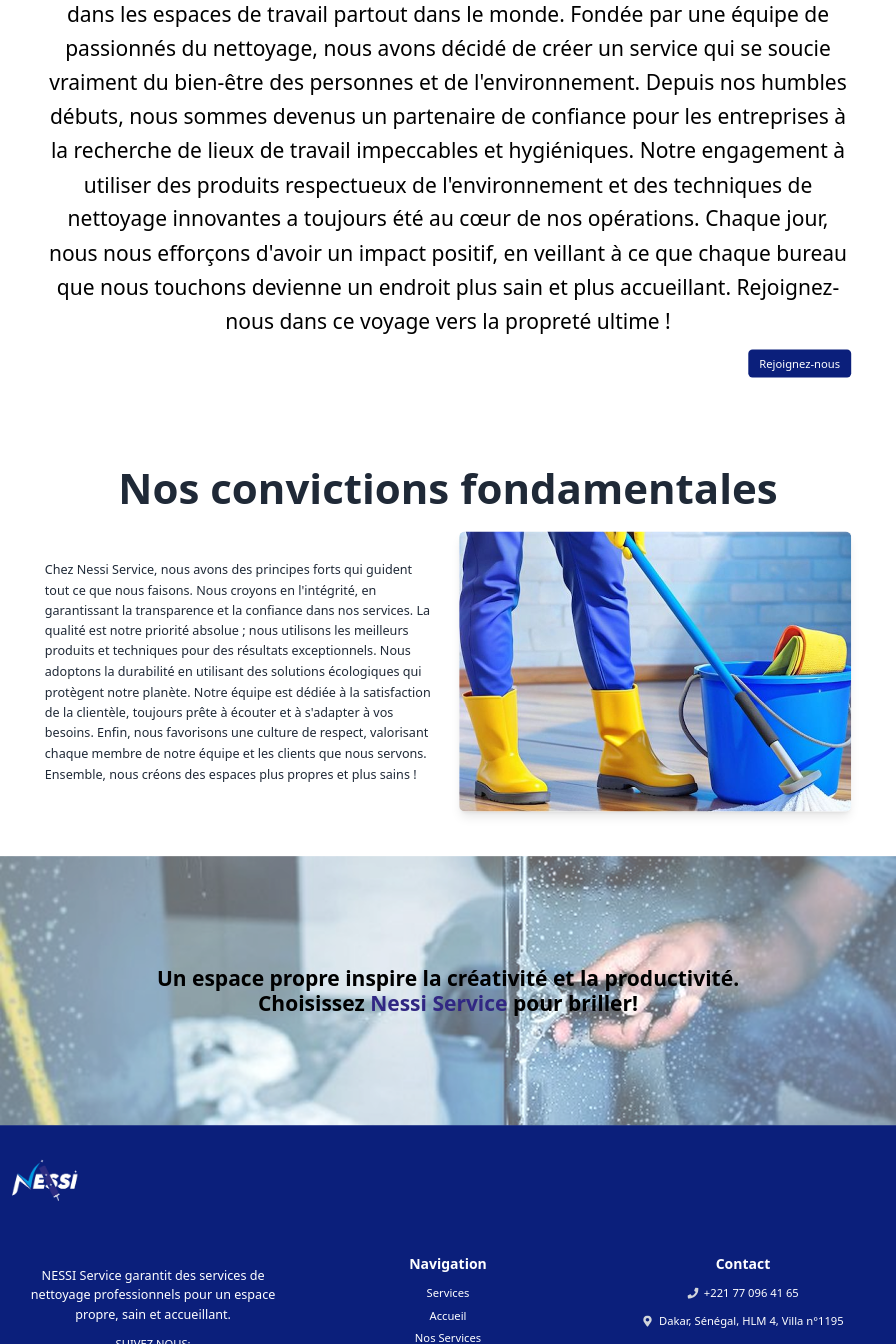
Repository: MDiouf9/Nessi
Page: /About
The author's editor kept a copy of each file at every save. The page is drawn from the files as they stood at one save, then again after a run of saves.
The browser window is 1280 px wide. The pictures show the part of the page from y = 1606 to 3526 px (the page is 3669 px tall), at 70% of full size.
The project was rebuilt for these pictures with package versions that can differ from the ones it lists, and the page was loaded fresh each time. Also part of the build but not shown: vite.config.js, src/Global.css, src/App.css, src/Pages/Home.jsx, src/Pages/NotFound.jsx, src/components/Countries.jsx, src/Pages/Services.jsx, src/Pages/Contact.jsx.

Above is the page before, as saved 2025-03-10 18:52:17.

### src/main.jsx
import { StrictMode } from 'react'
import { createRoot } from 'react-dom/client'
import './index.css'
import './Global.css'
import App from './App.jsx'

createRoot(document.getElementById('root')).render(
  <StrictMode>
    <App />
  </StrictMode>,
)

### src/index.css
@tailwind base;
@tailwind components;
@tailwind utilities;
























/* :root {
  font-family: Inter, system-ui, Avenir, Helvetica, Arial, sans-serif;
  line-height: 1.5;
  font-weight: 400;

  color-scheme: light dark;
  color: rgba(255, 255, 255, 0.87);
  background-color: #242424;

  font-synthesis: none;
  text-rendering: optimizeLegibility;
  -webkit-font-smoothing: antialiased;
  -moz-osx-font-smoothing: grayscale;
}

a {
  font-weight: 500;
  color: #646cff;
  text-decoration: inherit;
}
a:hover {
  color: #535bf2;
}

body {
  margin: 0;
  display: flex;
  place-items: center;
  min-width: 320px;
  min-height: 100vh;
}

h1 {
  font-size: 3.2em;
  line-height: 1.1;
}

button {
  border-radius: 8px;
  border: 1px solid transparent;
  padding: 0.6em 1.2em;
  font-size: 1em;
  font-weight: 500;
  font-family: inherit;
  background-color: #1a1a1a;
  cursor: pointer;
  transition: border-color 0.25s;
}
button:hover {
  border-color: #646cff;
}
button:focus,
button:focus-visible {
  outline: 4px auto -webkit-focus-ring-color;
}

@media (prefers-color-scheme: light) {
  :root {
    color: #213547;
    background-color: #ffffff;
  }
  a:hover {
    color: #747bff;
  }
  button {
    background-color: #f9f9f9;
  }
} */

### src/App.jsx

import { BrowserRouter , Routes, Route  } from "react-router-dom"
// import reactLogo from './assets/react.svg'
// import viteLogo from '/vite.svg'
import './App.css'
import Home from './Pages/Home'
import NotFound from './Pages/NotFound'
import About from './Pages/About'
import Countries from './components/Countries'
import Services from './Pages/Services'
import Contact from './Pages/Contact'


function App() {

  return (
    <>
     <BrowserRouter>
      <Routes>
        <Route path="/"  element={<Home />} />
        <Route path='/About' element={<About/>} />
        <Route path='/Services' element={<Services/>} />
        <Route path='/Contact' element={<Contact/>} />
        <Route path='/Countries' element={<Countries/>} />
        <Route path='*' element={<NotFound/>} />
      </Routes>
    </BrowserRouter>

    </>
  )
}

export default App

### src/Pages/About.jsx

import Header from '../components/Header'
import SectionWithImage from '../components/Sectionlesft'
import regulier from "../assets/fememenage.png";
import propre from "../assets/mrpropre.png";
import SectionWithTitle from '../components/SectionTitle';
import OurJourneySection from '../components/SectionTexte';
import laveur from "../assets/laveur vitre.png";
import Footer from '../components/Footer';


const About = () => {
  return (
    <div>

        <Header/>
        <section className="bg-[#312783] text-white py-16 flex justify-center items-center">
      <h1 className="text-4xl md:text-6xl font-bold">PURE EXCELLENCE</h1>
    </section>
    {/* section 2 */}
    <section className=" text-white py-16 flex justify-center items-center">
      <h1 className="text-4xl md:text-6xl font-bold"> <section className=" text-black py-16 flex justify-center items-center">
      <h1 className="text-4xl md:text-6xl font-bold text-center">Engagé pour votre espace <br /> propre !</h1>
    </section></h1>
    </section>

        <SectionWithImage
             imageSrc={regulier} // Image à afficher
             altText="Nettoyage en action" // Texte alternatif
             title="" // Titre de la section
             content="Chez Nessi Service, nous pensons qu’un espace de travail propre conduit à des équipes plus heureuses et plus productives. Notre objectif est de fournir des services de nettoyage de premier ordre adaptés à vos besoins uniques. Nous sommes fiers d’utiliser des techniques modernes et des produits respectueux de l’environnement, garantissant que votre bureau non seulement a fière allure, mais favorise également un environnement sain. Avec notre équipe dévouée d’experts en nettoyage, nous promettons de transformer votre espace de travail en un espace frais et accueillant où la créativité et la productivité peuvent s’épanouir. Créons ensemble un avenir plus propre !"
           />

<OurJourneySection />


<SectionWithTitle
  imageSrc={propre}
  altText="Nettoyage professionnel"
  title="Nos convictions fondamentales"
  content=" Chez Nessi Service, nous avons des principes forts qui guident tout ce que nous faisons. Nous croyons en l'intégrité, en garantissant la transparence et la confiance dans nos services. La qualité est notre priorité absolue ; nous utilisons les meilleurs produits et techniques pour des résultats exceptionnels. Nous adoptons la durabilité en utilisant des solutions écologiques qui protègent notre planète. Notre équipe est dédiée à la satisfaction de la clientèle, toujours prête à écouter et à s'adapter à vos besoins. Enfin, nous favorisons une culture de respect, valorisant chaque membre de notre équipe et les clients que nous servons. Ensemble, nous créons des espaces plus propres et plus sains !"
/>


<section className="relative bg-cover bg-center py-16 h-96 flex items-center justify-center"
      style={{ backgroundImage: `url(${laveur})` }}>

      {/* Overlay transparent */}
      <div className="absolute inset-0 bg-white bg-opacity-40"></div>

      {/* Texte au milieu */}
      <h2 className="relative text-2xl md:text-3xl font-bold text-black text-center px-6">
        Un espace propre inspire la créativité et la productivité.
        <br />Choisissez <span className="text-[#312783]">Nessi Service</span> pour briller!
      </h2>

    </section>
  <Footer/>
    </div>
  )
}

export default About

### src/components/Header.jsx
import  { useState } from "react";
import { Link } from "react-router-dom";
import logo from "../assets/logo1.png";

const navLinks = [
  { name: "Accueil", path: "/" },
  { name: "À propos", path: "/about" },
  { name: "Nos services", path: "/services" },
  { name: "Contact", path: "/contact" }
];

const Header = () => {
  const [isMenuOpen, setIsMenuOpen] = useState(false); // État pour gérer l'ouverture du menu mobile

  return (
    <header className="bg-[#312783] text-white p-4 shadow-lg">
      <div className="container mx-auto flex justify-between items-center">
        {/* Logo */}
        <img src={logo} alt="Logo" className="h-20" />

        {/* Menu burger pour mobile */}
        <button
          className="lg:hidden text-white text-2xl"
          onClick={() => setIsMenuOpen(!isMenuOpen)}
          aria-label="Toggle Menu"
        >
          {isMenuOpen ? (
            <span>&#10005;</span>  // Croix de fermeture du menu
          ) : (
            <span>&#9776;</span>  // Icône hamburger
          )}
        </button>

        {/* Navigation */}
        <nav className={`lg:flex ${isMenuOpen ? "block" : "hidden"} lg:bg-transparent bg-[#312783]`}>
          <ul className="lg:flex lg:space-x-8 flex-col lg:flex-row space-y-4 lg:space-y-0 p-6 lg:p-0">
            {navLinks.map((link, index) => (
              <li key={index} className="relative">
                <Link
                  to={link.path}
                  className="hover:text-gray-300 text-lg transition-colors duration-300 ease-in-out"
                >
                  {link.name}
                </Link>
                {/* Ajouter une barre sous le lien actif */}
              </li>
            ))}
          </ul>
        </nav>
      </div>


    </header>
  );
};

export default Header;

### src/components/Footer.jsx
import { FaFacebook, FaInstagram, FaLinkedin, FaTwitter, FaPhone, FaMapMarkerAlt, FaEnvelope } from "react-icons/fa";
import logo from "../assets/logo1.png";

const Footer = () => {
  return (
    <div>
        <footer className="bg-[#0B1F7B] text-white py-10">
    <div className="flex ">
          <img src={logo} alt="Logo" className="h-28" />
        </div>
      <div className="container mx-auto px-6">


        {/* Première section */}
        <div className="flex flex-col lg:flex-row justify-between items-start mt-8 gap-8">
          {/* Première colonne */}
          <div className="lg:w-1/3 flex flex-col items-center text-center">
            <p className="mt-4 text-lg">
              NESSI Service garantit des services de nettoyage professionnels pour un espace propre, sain et accueillant.
            </p>
            <h2 className="py-4">SUIVEZ NOUS:</h2>
            <div className="mt-4 flex space-x-4">

              <a href="#" className="text-gray-300 hover:text-white">
                <FaFacebook size={24} />
              </a>
              <a href="#" className="text-gray-300 hover:text-white">
                <FaInstagram size={24} />
              </a>
              <a href="#" className="text-gray-300 hover:text-white">
                <FaLinkedin size={24} />
              </a>
              <a href="#" className="text-gray-300 hover:text-white">
                <FaTwitter size={24} />
              </a>
            </div>
          </div>

          {/* Deuxième colonne */}
          <div className="lg:w-1/3 flex flex-col items-center">
            <h3 className="text-xl font-bold">Navigation</h3>
            <ul className="mt-4 space-y-2 text-center">
              <li><a href="/services" className="hover:text-gray-300">Services</a></li>
              <li><a href="/" className="hover:text-gray-300">Accueil</a></li>
              <li><a href="/services" className="hover:text-gray-300">Nos Services</a></li>
              <li><a href="/about" className="hover:text-gray-300">À propos de nous</a></li>
            </ul>
          </div>

          {/* Troisième colonne */}
          <div className="lg:w-1/3 flex flex-col items-center">
            <h3 className="text-xl font-bold">Contact</h3>
            <ul className="mt-4 space-y-4 text-center">
              <li className="flex items-center justify-center gap-2">
                <FaPhone className="text-gray-300" />
                +221 77 096 41 65
              </li>
              <li className="flex items-center justify-center gap-2">
                <FaMapMarkerAlt className="text-gray-300" />
                Dakar, Sénégal, HLM 4, Villa n°1195
              </li>
              <li className="flex items-center justify-center gap-2">
                <FaEnvelope className="text-gray-300" />
                <a href="mailto:nessiservice@gmail.com" className="hover:text-gray-300">nessiservice@gmail.com</a>
              </li>
            </ul>
          </div>
        </div>

        {/* Texte footer avec mentions légales et copyright */}

      </div>
    </footer>
    <div className="mx-2   py-2 ">
          <p className="text-sm">Mentions légales  Conditions de confidentialité @Bysouadou © 2024 NESSI Service. Tous droits réservés.


          </p>
        </div>
         </div>
  );
};

export default Footer;

### src/components/Sectionlesft.jsx
const SectionWithImage = ({ imageSrc, altText, title, content }) => {
    return (
      <section className="bg-white py-16 px-6 md:px-16">
        <div className="container mx-auto flex flex-col md:flex-row items-center gap-8">
          {/* Image à gauche */}
          <div className="md:w-1/2 flex justify-aound items-center">
            <img src={imageSrc} alt={altText} className="w-full h-full max-h-[500px] object-center  rounded-lg shadow-lg" />
          </div>

          {/* Texte à droite */}
          <div className="md:w-1/2 flex flex-col justify-center h-full">
            <h2 className="text-3xl font-bold mb-4">{title}</h2>
            <p className="text-2xl leading-relaxed">{content}</p>
          </div>
        </div>
      </section>
    );
  };

  export default SectionWithImage;

### src/components/SectionTitle.jsx
const SectionWithTitle = ({ imageSrc, altText, title, content }) => {
    return (
      <section className="bg-white py-16 px-6 md:px-16">
        <div className="container mx-auto text-center mb-8">
          <h2 className="text-6xl font-bold text-gray-800">{title}</h2>
        </div>

        <div className="container mx-auto flex flex-col md:flex-row items-center gap-8">
          {/* Texte à gauche */}
          <div className="md:w-1/2 flex flex-col justify-center h-full text-gray-800">
            <p className="text-lg leading-relaxed">{content}</p>
          </div>

          {/* Image à droite */}
          <div className="md:w-1/2 flex justify-center items-center">
            <img src={imageSrc} alt={altText} className="w-full h-full max-h-[400px] object-cover rounded-lg shadow-lg" />
          </div>
        </div>
      </section>
    );
  };

  export default SectionWithTitle;

### src/components/SectionTexte.jsx
const OurJourneySection = () => {
    return (
      <section className="text-black py-16 px-6 md:px-16">
        <div className="container mx-auto text-center">
          {/* Titre */}
          <h2 className="text-6xl font-bold mb-6">Notre voyage vers la propreté</h2>

          {/* Texte + bouton aligné à gauche */}
          <div className=" mx-auto text-right">
            <p className="text-3xl text-center leading-relaxed">
            Nessi Service a débuté avec une vision simple : élever les normes de propreté dans les espaces de travail partout dans le monde. Fondée par une équipe de passionnés du nettoyage, nous avons décidé de créer un service qui se soucie vraiment du bien-être des personnes et de l'environnement. Depuis nos humbles débuts, nous sommes devenus un partenaire de confiance pour les entreprises à la recherche de lieux de travail impeccables et hygiéniques. Notre engagement à utiliser des produits respectueux de l'environnement et des techniques de nettoyage innovantes a toujours été au cœur de nos opérations. Chaque jour, nous nous efforçons d'avoir un impact positif, en veillant à ce que chaque bureau que nous touchons devienne un endroit plus sain et plus accueillant. Rejoignez-nous dans ce voyage vers la propreté ultime !
            </p>

            {/* Bouton aligné à gauche */}
            <div className="mt-4">
              <button className="bg-[#0B1F7B] px-4 py-2 text-white rounded-md">Rejoignez-nous</button>
            </div>
          </div>
        </div>
      </section>
    );
  };

  export default OurJourneySection;

Loaded but not shown: index.html (common file); tailwind.config.js (common file)

After the next 3 saves:
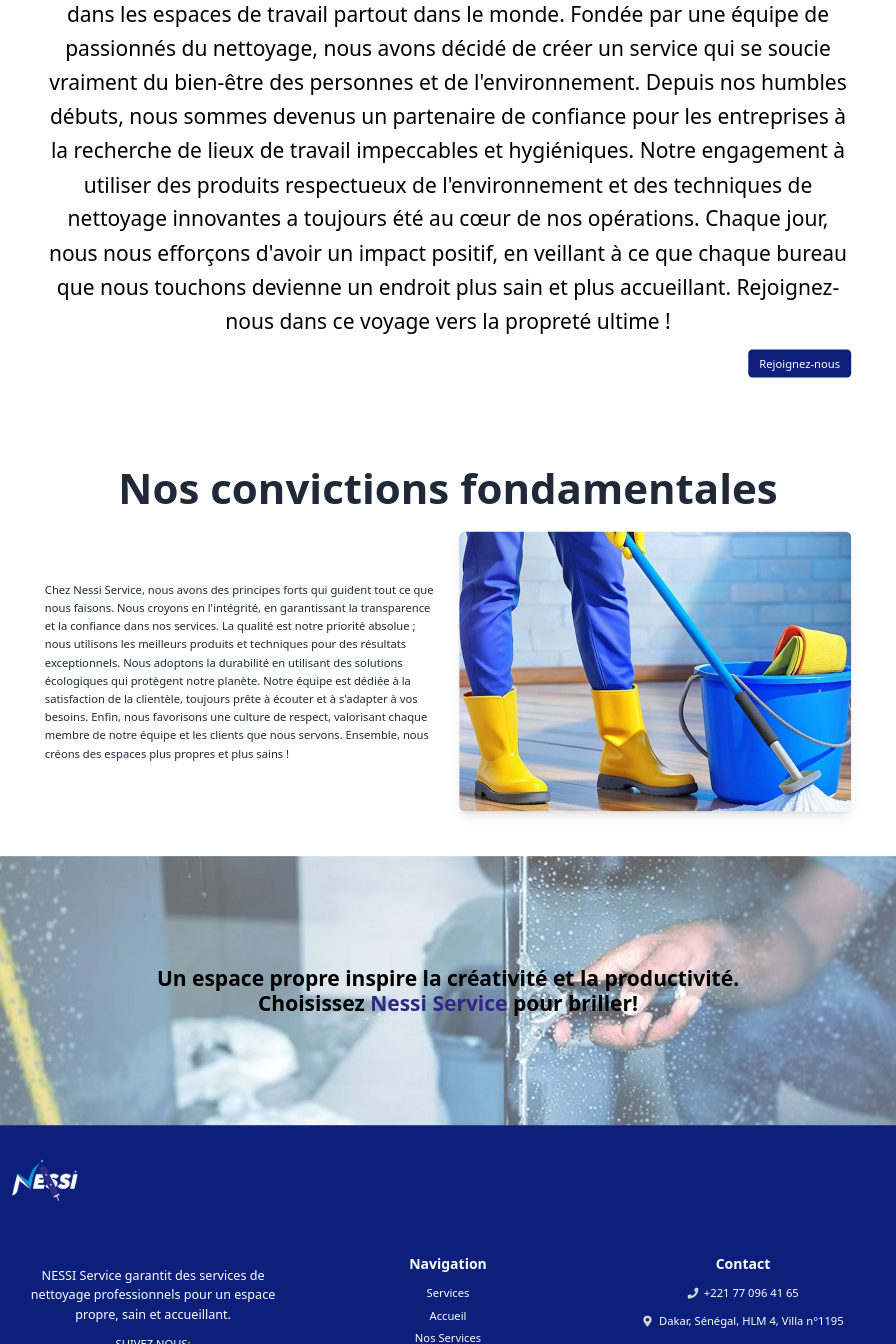
The 3 saves are shown as one change because they came seconds apart.
The last was saved 5 min 37 s later.
--- a/src/components/SectionTitle.jsx
+++ b/src/components/SectionTitle.jsx
@@ -8,7 +8,7 @@ const SectionWithTitle = ({ imageSrc, altText, title, content }) => {
         <div className="container mx-auto flex flex-col md:flex-row items-center gap-8">
           {/* Texte à gauche */}
           <div className="md:w-1/2 flex flex-col justify-center h-full text-gray-800">
-            <p className="text-lg leading-relaxed">{content}</p>
+            <p className="text-2 leading-relaxed">{content}</p>
           </div>
 
           {/* Image à droite */}
